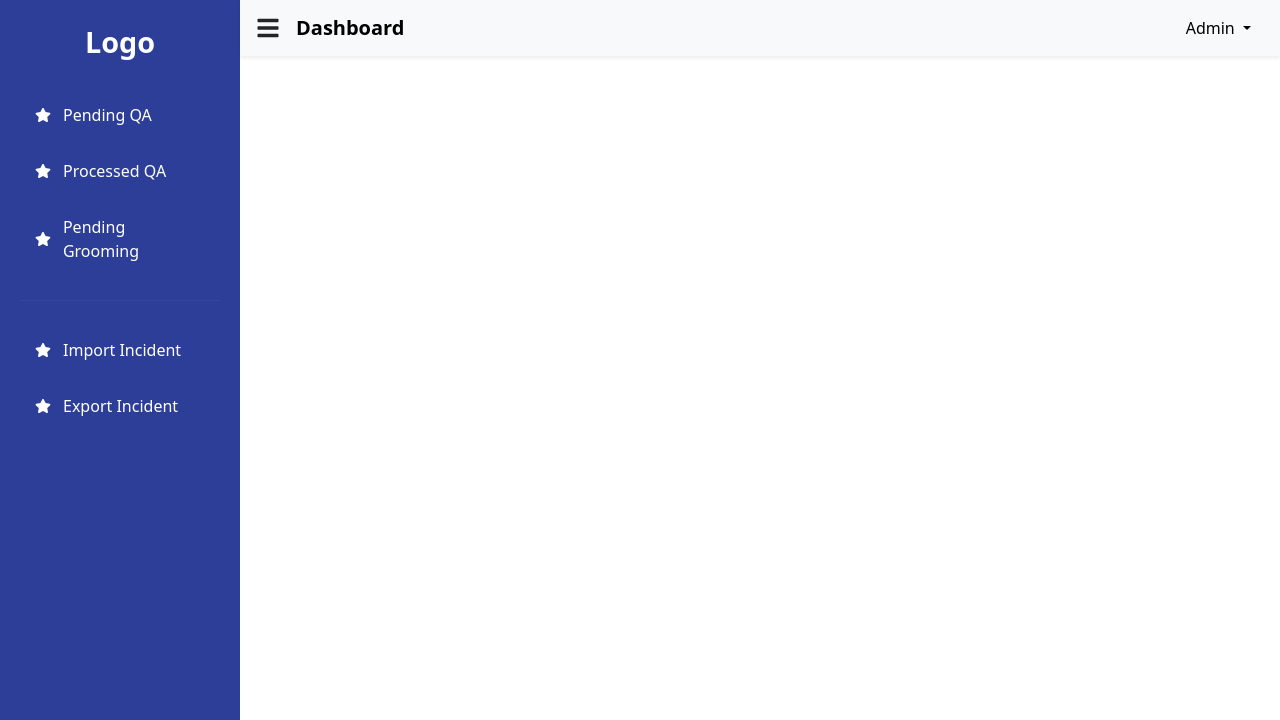
Repository: ArunGOW/ServiceNow_QA-audit
Page: /dashboard
These files come from the project's save history. The page is drawn as it stood at one moment and after the next save; the edit follows.
The browser window is 1280 px wide. The pictures show the whole page.
The project was rebuilt for these pictures with package versions that can differ from the ones it lists, and the page was loaded fresh each time. Also part of the build but not shown: vite.config.js, src/components/Login.jsx, src/components/layout/Topbar.css, src/components/tables/PendingQATable.jsx, src/components/CustomButton.jsx, src/components/PaginationControls.jsx, src/pages/PendingQAPage.jsx, src/components/tables/ProcessedQATable.jsx and 3 more.

Above is the page before, as saved 2025-09-09 16:49:34.

### index.html
<!doctype html>
<html lang="en">
  <head>
    <meta charset="UTF-8" />
    <link rel="icon" href="data:," />
    <meta name="viewport" content="width=device-width, initial-scale=1.0" />
    <title>QA Tool</title>
  </head>
  <body>
    <div id="root"></div>
    <script type="module" src="/src/main.jsx"></script>
  </body>
</html>

### src/main.jsx
 import React from "react";
import ReactDOM from "react-dom/client";
import { BrowserRouter } from "react-router-dom";
import App from "./App";
import 'bootstrap/dist/css/bootstrap.min.css';


ReactDOM.createRoot(document.getElementById("root")).render(
  <BrowserRouter>
    <App />
  </BrowserRouter>
);

### src/App.jsx



//  import React from "react";
// import { Routes, Route, Navigate } from "react-router-dom";
// import Login from "./components/Login";
// import Dashboard from "./components/Dashboard";
// import { AuthProvider } from "./context/AuthContext";
// import ImportExcel from "./components/ImportExcel";


// function App() {
//   return (
//     <AuthProvider>
//       <Routes>

//         <Route path="/" element={<Navigate to="/login" replace />} />
//         <Route path="/login" element={<Login />} />
//         {/* <Route path="/dashboard" element={<Dashboard />} />
//         <Route path="/import-excel" element={<ImportExcel />} />

//         <Route path="/pending-qa" element={<Dashboard filter="Pending" />} /> */}
//         {/* ✅ Protect all dashboard routes */}
//         <Route
//           path="/dashboard/*"
//           element={
//             <ProtectedRoute>
//               <Layout>
//                 <Routes>
//                   <Route path="" element={<Dashboard />} />
//                   <Route path="processed-qa" element={<ProcessedQAPage />} />
//                   <Route path="pending-grooming" element={<GroomingPage />} />
//                   <Route path="import-incident" element={<ImportIncidentPage />} />
//                 </Routes>
//               </Layout>
//             </ProtectedRoute>
//           }
//         />


//       </Routes>
//     </AuthProvider>
//   );
// }

// export default App;

// src/App.jsx
import React from "react";
import { Routes, Route, Navigate } from "react-router-dom";
import Login from "./components/Login";
import Dashboard from "./components/Dashboard";
import { AuthProvider } from "./context/AuthContext";

// Pages
import PendingQAPage from "./pages/PendingQAPage";
import ProcessedQAPage from "./pages/ProcessedQAPage";
import GroomingPage from "./pages/GroomingPage";
import ImportIncidentPage from "./pages/ImportIncidentPage";

function App() {
  return (
    <AuthProvider>
      <Routes>
        {/* Redirect root to login */}
        <Route path="/" element={<Navigate to="/login" replace />} />

        {/* Login Page */}
        <Route path="/login" element={<Login />} />

        {/* Dashboard Layout with nested routes */}
        <Route path="/dashboard" element={<Dashboard />}>
          <Route path="pending-qa" element={<PendingQAPage />} />
          <Route path="processed-qa" element={<ProcessedQAPage />} />
          <Route path="pending-grooming" element={<GroomingPage />} />
          <Route path="import-incident" element={<ImportIncidentPage />} />
        </Route>
      </Routes>
    </AuthProvider>
  );
}

export default App;

### src/components/Dashboard.jsx
//  import { useState, useEffect, useContext } from "react";
// import axios from "axios";
// import Layout from "./layout/Layout";
// import PendingQATable from "./tables/PendingQATable";
// import ProcessedQATable from "./tables/ProcessedQATable";
// import PaginationControls from "./PaginationControls";
// import { AuthContext } from "../context/AuthContext";

// const Dashboard = () => {
//   const { user } = useContext(AuthContext); // ✅ get user info (user_sid)
//   const [pendingIncidents, setPendingIncidents] = useState([]);
//   const [processedIncidents, setProcessedIncidents] = useState([]);
//   const [loading, setLoading] = useState(true);
//   const [currentPage, setCurrentPage] = useState(1);
//   const [totalPages, setTotalPages] = useState(1);
//   const limit = 10;

//   useEffect(() => {
//     const fetchData = async () => {
//       if (!user?.user_sid) {
//         console.warn("⚠️ No user_sid found, skipping fetch.");
//         return;
//       }

//       setLoading(true);
//       try {
//         const skip = (currentPage - 1) * limit;

//         // ✅ Send skip, limit, and user_sid in POST body (NOT query string)
//         const res = await axios.post("http://localhost:8000/api/users/get/incidents", {
//           user_sid: user.user_sid,
//           skip,
//           limit,
//         });

//         console.log("📌 API Response:", res.data);

//         const allIncidents = res.data?.incidents || [];

//         setPendingIncidents(allIncidents.filter((i) => i.audit_status === "Pending"));
//         setProcessedIncidents(allIncidents.filter((i) => i.audit_status === "Completed"));

//         if (res.data?.totalCount) {
//           setTotalPages(Math.ceil(res.data.totalCount / limit));
//         }
//       } catch (error) {
//         console.error("❌ Error fetching incidents:", error);
//       } finally {
//         setLoading(false);
//       }
//     };

//     fetchData();
//   }, [currentPage, user]);

//   return (
//     <Layout>
//       <PendingQATable incidents={pendingIncidents} loading={loading} />
//       <ProcessedQATable incidents={processedIncidents} />
//       <div className="d-flex justify-content-center mt-3">
//         <PaginationControls
//           currentPage={currentPage}
//           totalPages={totalPages}
//           handlePrevious={() => setCurrentPage((p) => Math.max(p - 1, 1))}
//           handleNext={() => setCurrentPage((p) => p + 1)}
//         />
//       </div>
//     </Layout>
//   );
// };

// export default Dashboard;


// src/components/Dashboard.jsx
import { Outlet } from "react-router-dom";
import { useState } from "react";
import Sidebar from "./layout/Sidebar";
import Topbar from "./layout/Topbar";

const Dashboard = () => {
  const [sidebarOpen, setSidebarOpen] = useState(true);

  return (
    <div className="d-flex">
      {/* Sidebar */}
      {sidebarOpen && <Sidebar />}

      {/* Main Content */}
      <div className="flex-grow-1">
        <Topbar onToggleSidebar={() => setSidebarOpen(!sidebarOpen)} />
        <div className="p-3">
          <Outlet /> {/* Child routes render here */}
        </div>
      </div>
    </div>
  );
};

export default Dashboard;

### src/context/AuthContext.jsx
//  // src/context/AuthContext.jsx
// import { createContext, useContext, useState, useEffect } from "react";

// const AuthContext = createContext();

// export const AuthProvider = ({ children }) => {
//   const [user, setUser] = useState(null);

//   useEffect(() => {
//     const storedUser = localStorage.getItem("user");
//     if (storedUser) {
//       setUser(JSON.parse(storedUser));
//     }
//   }, []);

//   const login = (userData) => {
//     setUser(userData);
//     localStorage.setItem("user", JSON.stringify(userData));
//   };

//   const logout = () => {
//     setUser(null);
//     localStorage.removeItem("user");
//   };

//   return (
//     <AuthContext.Provider value={{ user, login, logout }}>
//       {children}
//     </AuthContext.Provider>
//   );
// };

// // ✅ Add this export
// export const useAuth = () => useContext(AuthContext);


// src/context/AuthContext.jsx
import React, { createContext, useContext, useState, useEffect } from "react";

const AuthContext = createContext();

export const AuthProvider = ({ children }) => {
  const [user, setUser] = useState(null);

  useEffect(() => {
    const storedUser = localStorage.getItem("user");
    if (storedUser) {
      setUser(JSON.parse(storedUser));
    }
  }, []);

  const login = (userData) => {
    setUser(userData);
    localStorage.setItem("user", JSON.stringify(userData));
  };

  const logout = () => {
    setUser(null);
    localStorage.removeItem("user");
  };

  return (
    <AuthContext.Provider value={{ user, login, logout }}>
      {children}
    </AuthContext.Provider>
  );
};

export const useAuth = () => useContext(AuthContext);

### src/components/layout/sidebar.jsx
//  // src/components/layout/Sidebar.jsx
// import { Nav } from "react-bootstrap";
// import { FaStar } from "react-icons/fa";
// import { Link, useLocation } from "react-router-dom";

// const Sidebar = () => {
//   const location = useLocation();

//   const menuItems = [
//     { path: "/pending-qa", label: "Pending QA" },
//     { path: "/processed-qa", label: "Processed QA" },
//     { path: "/pending-grooming", label: "Pending Grooming" },
//     { path: "/import-incident", label: "Import Incident" },
//     { path: "/export-incident", label: "Export Incident" },
//   ];

//   return (
//     <div>
//       <h2 className="p-3 fw-bold border-bottom">Logo</h2>
//       <Nav className="flex-column">
//         {menuItems.map((item) => (
//           <Nav.Item key={item.path}>
//             <Link
//               to={item.path}
//               className={`d-flex align-items-center px-3 py-2 text-decoration-none ${
//                 location.pathname === item.path
//                   ? "bg-light text-dark rounded"
//                   : "text-white"
//               }`}
//             >
//               <FaStar className="me-2" />
//               {item.label}
//             </Link>
//           </Nav.Item>
//         ))}
//       </Nav>
//     </div>
//   );
// };

// export default Sidebar;


// src/components/layout/Sidebar.jsx
import { NavLink } from "react-router-dom";
import { FaStar } from "react-icons/fa";
import "./Sidebar.css";

const Sidebar = () => {
  return (
    <div className="sidebar">
      <div className="logo">Logo</div>
      <nav>
        <NavLink to="/pending-qa" activeClassName="active">
          <FaStar /> Pending QA
        </NavLink>
        <NavLink to="/processed-qa" activeClassName="active">
          <FaStar /> Processed QA
        </NavLink>
        <NavLink to="/pending-grooming" activeClassName="active">
          <FaStar /> Pending Grooming
        </NavLink>
        <hr />
        <NavLink to="/import-incident" activeClassName="active">
          <FaStar /> Import Incident
        </NavLink>
        <NavLink to="/export-incident" activeClassName="active">
          <FaStar /> Export Incident
        </NavLink>
      </nav>
    </div>
  );
};

export default Sidebar;

### src/components/layout/Topbar.jsx
// // src/components/layout/Topbar.jsx
// import { Navbar, Nav, Dropdown } from "react-bootstrap";
// import { FaBars } from "react-icons/fa";


// const Topbar = ({ onToggleSidebar }) => {
//   return (
//     <Navbar bg="light" expand="lg" className="shadow-sm px-3">
//       <FaBars
//         className="me-3"
//         style={{ cursor: "pointer", fontSize: "1.5rem" }}
//         onClick={onToggleSidebar}
//       />
//       <Navbar.Brand className="fw-bold">Dashboard</Navbar.Brand>
//       <Nav className="ms-auto">
//         <Dropdown align="end">
//           <Dropdown.Toggle variant="light" id="dropdown-basic">
//             Admin
//           </Dropdown.Toggle>
//           <Dropdown.Menu>
//             <Dropdown.Item>Profile</Dropdown.Item>
//             <Dropdown.Item>Logout</Dropdown.Item>
//           </Dropdown.Menu>
//         </Dropdown>
//       </Nav>
//     </Navbar>
//   );
// };

// export default Topbar;


 // src/components/layout/Topbar.jsx
import { Navbar, Nav, Dropdown } from "react-bootstrap";
import { FaBars } from "react-icons/fa";
import { useAuth } from "../../context/AuthContext";   // ✅ import hook
import { useNavigate } from "react-router-dom";
import './Topbar.css'

const Topbar = ({ onToggleSidebar }) => {
  const { logout, user } = useAuth();  // ✅ get user + logout
  const navigate = useNavigate();

  const handleLogout = () => {
    logout();            // clear user + localStorage
    navigate("/login");  // redirect to login page
  };

  return (
    <Navbar bg="light" expand="lg" className="shadow-sm px-3">
      <FaBars
        className="me-3"
        style={{ cursor: "pointer", fontSize: "1.5rem" }}
        onClick={onToggleSidebar}
      />
      <Navbar.Brand className="fw-bold">Dashboard</Navbar.Brand>
      <Nav className="ms-auto">
        <Dropdown align="end">
          <Dropdown.Toggle variant="light" id="dropdown-basic">
            {user?.name || "Admin"}  {/* ✅ show logged-in user name */}
          </Dropdown.Toggle>
          <Dropdown.Menu>
            <Dropdown.Item>Profile</Dropdown.Item>
            <Dropdown.Item onClick={handleLogout}>Logout</Dropdown.Item>
          </Dropdown.Menu>
        </Dropdown>
      </Nav>
    </Navbar>
  );
};

export default Topbar;

### src/components/layout/Sidebar.css
/* src/components/layout/Sidebar.css */
.sidebar {
  height: 100vh;
  width: 240px;
  background-color: #2c3e97; /* Deep Blue */
  color: white;
  display: flex;
  flex-direction: column;
  padding: 20px;
}

.sidebar .logo {
  font-size: 1.8rem;
  font-weight: bold;
  text-align: center;
  margin-bottom: 30px;
}

.sidebar nav {
  display: flex;
  flex-direction: column;
  gap: 12px;
}

.sidebar a {
  display: flex;
  align-items: center;
  gap: 12px;
  padding: 10px 15px;
  text-decoration: none;
  color: white;
  font-size: 1rem;
  border-radius: 6px;
  transition: all 0.3s ease;
}

.sidebar a:hover {
  background-color: rgba(255, 255, 255, 0.15);
}

.sidebar a.active {
  background-color: white;
  color: #2c3e97;
  font-weight: bold;
}

.sidebar hr {
  border: none;
  border-top: 1px solid rgba(255, 255, 255, 0.2);
  margin: 15px 0;
}

After the next save:
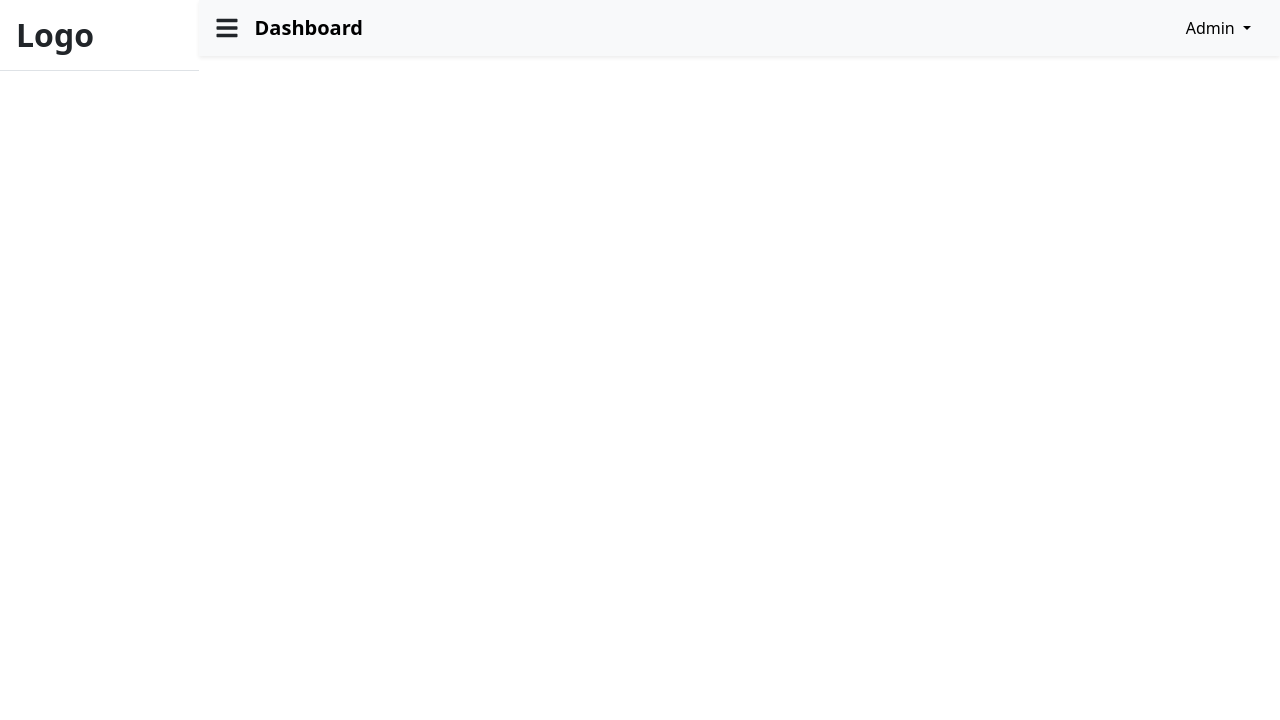
Saved 41 s later.
--- a/src/components/layout/sidebar.jsx
+++ b/src/components/layout/sidebar.jsx
@@ -1,73 +1,39 @@
-//  // src/components/layout/Sidebar.jsx
-// import { Nav } from "react-bootstrap";
-// import { FaStar } from "react-icons/fa";
-// import { Link, useLocation } from "react-router-dom";
-
-// const Sidebar = () => {
-//   const location = useLocation();
-
-//   const menuItems = [
-//     { path: "/pending-qa", label: "Pending QA" },
-//     { path: "/processed-qa", label: "Processed QA" },
-//     { path: "/pending-grooming", label: "Pending Grooming" },
-//     { path: "/import-incident", label: "Import Incident" },
-//     { path: "/export-incident", label: "Export Incident" },
-//   ];
-
-//   return (
-//     <div>
-//       <h2 className="p-3 fw-bold border-bottom">Logo</h2>
-//       <Nav className="flex-column">
-//         {menuItems.map((item) => (
-//           <Nav.Item key={item.path}>
-//             <Link
-//               to={item.path}
-//               className={`d-flex align-items-center px-3 py-2 text-decoration-none ${
-//                 location.pathname === item.path
-//                   ? "bg-light text-dark rounded"
-//                   : "text-white"
-//               }`}
-//             >
-//               <FaStar className="me-2" />
-//               {item.label}
-//             </Link>
-//           </Nav.Item>
-//         ))}
-//       </Nav>
-//     </div>
-//   );
-// };
-
-// export default Sidebar;
-
-
-// src/components/layout/Sidebar.jsx
-import { NavLink } from "react-router-dom";
+ // src/components/layout/Sidebar.jsx
+import { Nav } from "react-bootstrap";
 import { FaStar } from "react-icons/fa";
-import "./Sidebar.css";
+import { Link, useLocation } from "react-router-dom";
 
 const Sidebar = () => {
+  const location = useLocation();
+
+  const menuItems = [
+    { path: "/pending-qa", label: "Pending QA" },
+    { path: "/processed-qa", label: "Processed QA" },
+    { path: "/pending-grooming", label: "Pending Grooming" },
+    { path: "/import-incident", label: "Import Incident" },
+    { path: "/export-incident", label: "Export Incident" },
+  ];
+
   return (
-    <div className="sidebar">
-      <div className="logo">Logo</div>
-      <nav>
-        <NavLink to="/pending-qa" activeClassName="active">
-          <FaStar /> Pending QA
-        </NavLink>
-        <NavLink to="/processed-qa" activeClassName="active">
-          <FaStar /> Processed QA
-        </NavLink>
-        <NavLink to="/pending-grooming" activeClassName="active">
-          <FaStar /> Pending Grooming
-        </NavLink>
-        <hr />
-        <NavLink to="/import-incident" activeClassName="active">
-          <FaStar /> Import Incident
-        </NavLink>
-        <NavLink to="/export-incident" activeClassName="active">
-          <FaStar /> Export Incident
-        </NavLink>
-      </nav>
+    <div>
+      <h2 className="p-3 fw-bold border-bottom">Logo</h2>
+      <Nav className="flex-column">
+        {menuItems.map((item) => (
+          <Nav.Item key={item.path}>
+            <Link
+              to={item.path}
+              className={`d-flex align-items-center px-3 py-2 text-decoration-none ${
+                location.pathname === item.path
+                  ? "bg-light text-dark rounded"
+                  : "text-white"
+              }`}
+            >
+              <FaStar className="me-2" />
+              {item.label}
+            </Link>
+          </Nav.Item>
+        ))}
+      </Nav>
     </div>
   );
 };
